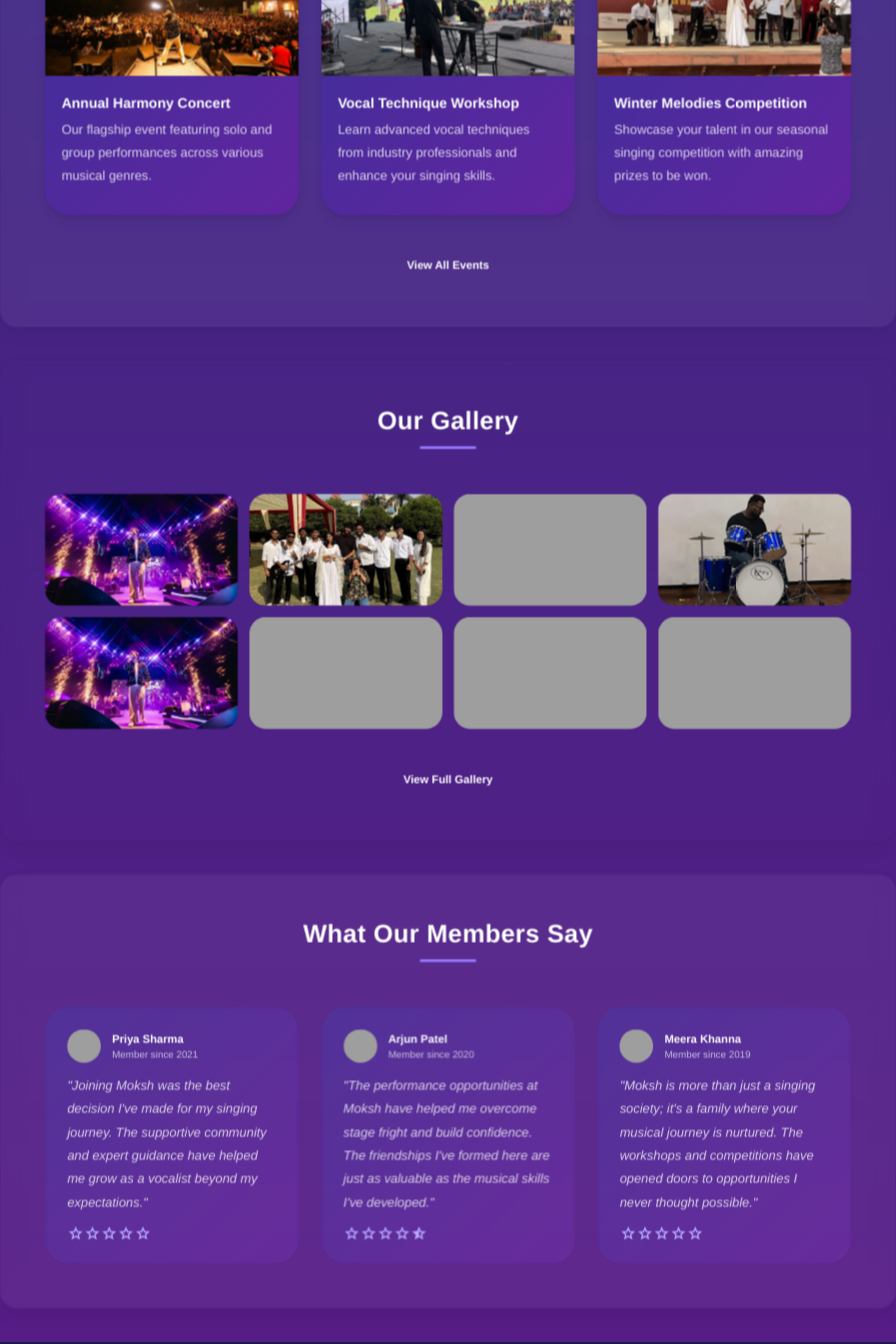
Repository: Aman-Sharma-Dev01/Clan-Event-Manager-0.1
Page: /moksh-page (app in Frontend/)
An editor plug-in stored every save of this project. The page is shown before and after the next save, followed by the edit.
The browser window is 1280 px wide. The pictures show the part of the page from y = 1406 to 3326 px (the page is 3419 px tall), at 70% of full size.
Pictures or frames that could not be fetched are drawn as grey boxes. The page's requests for data from a server got no answer. The project was rebuilt for these pictures with package versions that can differ from the ones it lists, and the page was loaded fresh each time. No one was signed in, and anything a server would have sent is missing. Also part of the build but not shown: Frontend/vite.config.js, Frontend/src/components/Navbar/Navbar.css, Frontend/src/components/Navbar/Navbar.jsx, Frontend/src/components/Login/Login.jsx, Frontend/src/components/About/About.jsx, Frontend/src/components/Dashboard/Dashboard.jsx, Frontend/src/components/HeroSection/HeroSection.css, Frontend/src/components/HeroSection/HeroSection.jsx and 30 more.

Above is the page before, as saved 2025-07-28 18:35:03.

After the next save:
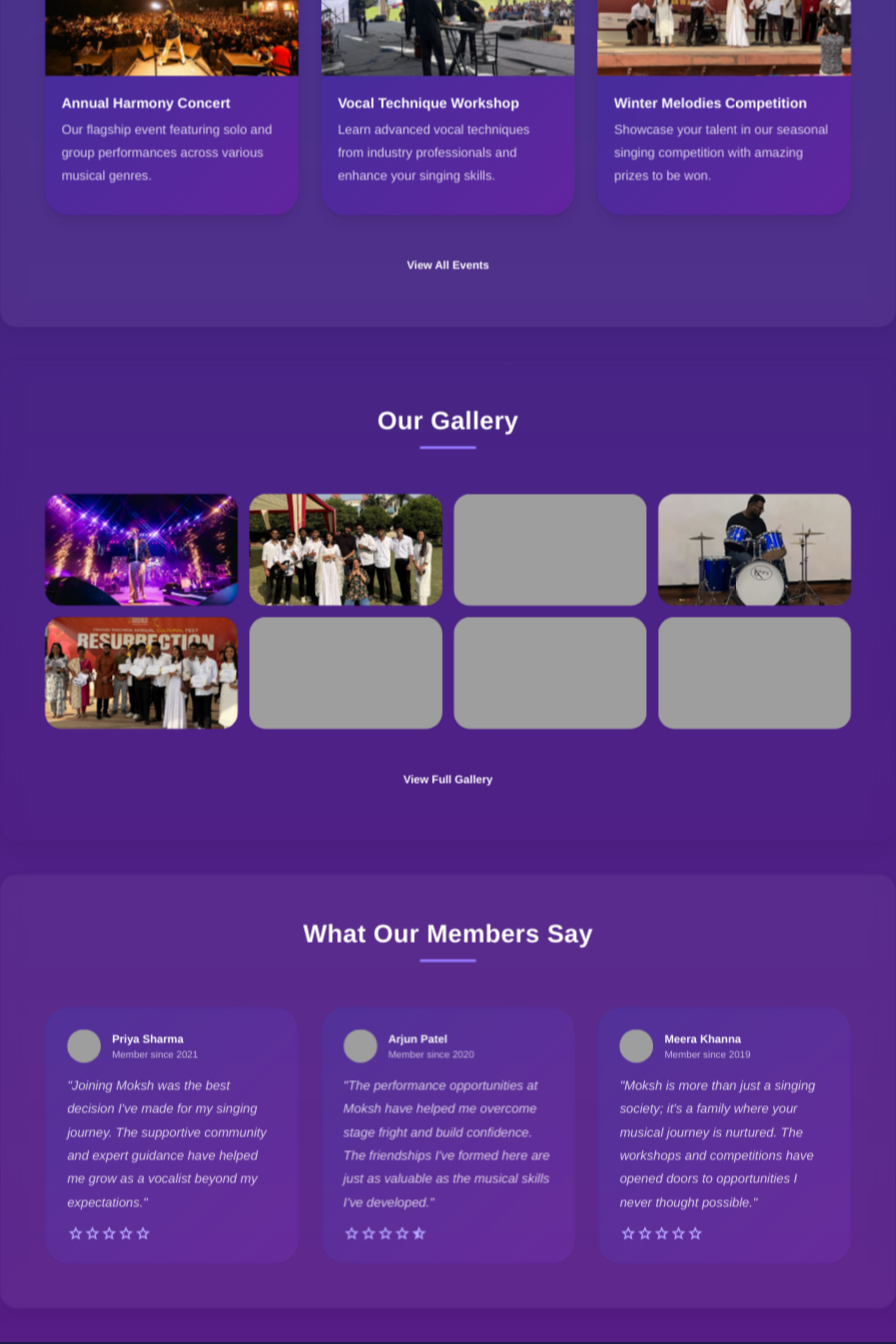
Saved 6 s later.
--- a/Frontend/src/components/Society/Moksh/Moksh.jsx
+++ b/Frontend/src/components/Society/Moksh/Moksh.jsx
@@ -174,7 +174,7 @@ const Moksh= () => {
             </div>
             <div className="overflow-hidden rounded-lg h-40 md:h-48 lg:h-56 hover:shadow-lg transition-all duration-300 transform hover:scale-105">
               <img
-                src="/Moksh/akhil3.jpg"
+                src="/Moksh/sixth.jpg"
                 alt="Music rehearsal"
                 className="w-full h-full object-cover"
                 keywords="rehearsal, practice, singing group, music"
